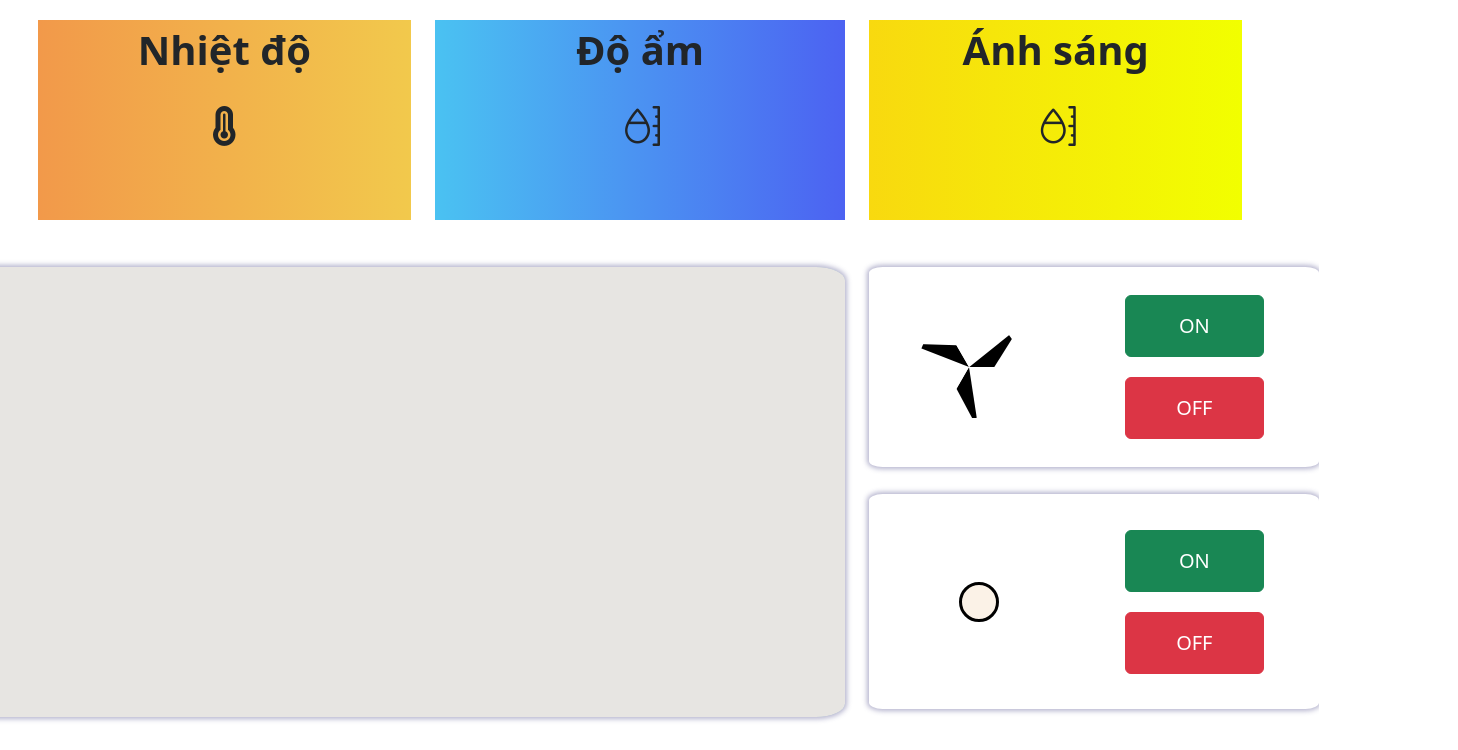
Repository: ndmq03102002/BTL_IOT
Page: Fontend_IOT/iot/index.html
An editor plug-in stored every save of this project. The page is shown before and after the next save, followed by the edit.
The browser window is 1280 px wide. The page is 1319 px wide, then 1458 px, so the pictures cover 1458 px, including what lies to the right of the window. The pictures show the whole page.
Some web libraries are served in a nearby version.

Above is the page before, as saved 2023-09-07 09:01:46.

### Fontend_IOT/iot/index.html
<!DOCTYPE html>
<html lang="en">
<head>
    <meta charset="UTF-8">
    <meta name="viewport" content="width=device-width, initial-scale=1.0">
    <title>Document</title>
    <link rel="stylesheet" href="style.css">
    <link rel="stylesheet" href="bootstrap/css/bootstrap.css">
    <link rel="stylesheet" href="assets/fonts/fontawesome/css/fontawesome-all.min.css">
    <script src="https://cdnjs.cloudflare.com/ajax/libs/Chart.js/2.9.4/Chart.js"></script>
    <script src="https://kit.fontawesome.com/1be2f108e2.js" crossorigin="anonymous"></script>
    <link rel="stylesheet" href="https://cdn.jsdelivr.net/npm/bootstrap-icons@1.10.5/font/bootstrap-icons.css">
    <link rel="stylesheet" href="https://cdnjs.cloudflare.com/ajax/libs/font-awesome/6.0.0/css/all.min.css" integrity="sha512-9usAa10IRO0HhonpyAIVpjrylPvoDwiPUiKdWk5t3PyolY1cOd4DSE0Ga+ri4AuTroPR5aQvXU9xC6qOPnzFeg==" crossorigin="anonymous" referrerpolicy="no-referrer" />

</head>
<body>
     <div  style="background-color:white;height:700px; margin-bottom: 50px;">
        <div class="row">
            <div  class="col-sm-4 col-pd"style="padding-left: 50px;" >
                <div class="khoi1 khoi-size">
                        <p >Nhiệt độ</p>
                        <p style="display: inline; " class="count1"></p>
                        <span><i class='fa-solid fa-temperature-full'></i></span>

                </div>
            </div>
            <div class="col-sm-4 col-pd">
                <div class="khoi2 khoi-size">
                    <p> Độ ẩm</p>
                    <p style="display: inline;" class="count2"></p>
                    <span> <i class="bi bi-moisture"></i></span>
                </div>
            </div>
            <div class="col-sm-4 col-pd" style="padding-right: 50px;">
                <div class="khoi3 khoi-size">
                    <p>Ánh sáng</p>
                    <p style="display: inline;" class="count3"></p>
                    <span> <i class="bi bi-moisture"></i></span>
                </div>
            </div>
            <div class="col-sm-8 " >
                <div class="khoi" style="height: 450px;width: 970px; float:right">
                    <canvas id="myChart" style="border-radius: 3%; width:100%;height: 100%;background-color: rgb(231, 229, 226);"></canvas>
                </div>
            </div>
            <div class="col-sm-4 ">
                <div class="khoi khoiii" style=" background-color: white; height: 200px; width: 450px; float: left; display: flex; justify-content: center; align-items: center;">
                    <div class="fan">
                        <div class="blade blade-1"></div>
                        <div class="blade blade-2"></div>
                        <div class="blade blade-3"></div>
                        <div class="stand"></div>
                    </div>
                    <div class="button" style="margin: auto;">
                        <button class="btn btn-success " onclick="OnFan()" style="--bs-btn-padding-y: 15px; --bs-btn-padding-x: 50px; --bs-btn-font-size: 20px; ">ON</button>
                         <button class="btn btn-danger " onclick="OffFan()" style="margin-top: 20px; --bs-btn-padding-y: 15px; --bs-btn-padding-x: 50px; --bs-btn-font-size: 20px;">OFF</button>

                    </div>

                </div>
                <div class="khoi " style="background-color: white; margin-bottom: 20px; height: 215px; width: 450px; float: left; display: flex; justify-content: center; align-items: center;">
                    <div class="light" >
                        <div class="light-bulb" > </div>
                    </div>
                    <div class="button"  style="margin: auto;">
                        <button class="btn btn-success " onclick="OnLight()" style="--bs-btn-padding-y: 15px; --bs-btn-padding-x: 50px; --bs-btn-font-size: 20px; ">ON</button>
                         <button class="btn btn-danger " onclick="OffLight()" style="margin-top: 20px; --bs-btn-padding-y: 15px; --bs-btn-padding-x: 50px; --bs-btn-font-size: 20px;">OFF</button>

                    </div>

                </div>
            </div>
        </div>
    </div>
    <p>

    <script src="https://cdn.jsdelivr.net/npm/axios/dist/axios.min.js"></script>
    <script src="js.js"></script>
    <script src="jquery.js"></script>
    <script src="popper.min.js"></script>
    <script src="bootstrap/js/bootstrap.min.js"></script>
</body>
</html>

### Fontend_IOT/iot/style.css
html {
  margin: 0;
  padding: 0;
}

.khoi {
  width: 100%;
  height: 200px;
  margin-right: 0px;
  margin-bottom: 27px;
  background-color: #9fb4d0;

  box-shadow: 0px 0px 5px 2px rgba(97, 95, 151, 0.47);
  border-radius: 3%;
}
.khoi1 {
  width: 100%;
  height: 200px;
  margin-right: 0px;
  margin-bottom: 27px;
  background: linear-gradient(to right, #f2994a, #f2c94c);
}
.khoi2 {
  width: 100%;
  height: 200px;
  margin-right: 0px;
  margin-bottom: 27px;
  background: linear-gradient(to right, #4ac2f2, #4c62f2);
}
.khoi3 {
  width: 100%;
  height: 200px;
  margin-right: 0px;
  margin-bottom: 27px;
  background: linear-gradient(to right, #f8d90f, #f2ff00);
}
.khoii {
  width: 100%;
  height: 500px;
  background-color: black;
}
.abc {
  margin-bottom: 30px;
}
.col-pd {
  padding: 20px;
}
.khoi-size {
  font-size: 40px;
  font-weight: bold;
  text-align: center;
}
.fan {
  width: 200px;
  height: 200px;
  position: relative;
}

.blade {
  width: 0;
  height: 0;
  position: absolute;
  top: 30%;
  left: 50%;
  transform-origin: 0 50%;
  background-color: #000000;
  border-radius: 50%;
}

.blade-1 {
  width: 50px;
  height: 80px;
  clip-path: polygon(0 50%, 100% 0, 50% 50%);
  transform: rotate(0deg);
  /* animation: rotateFan1 1s linear infinite; */
}

.blade-2 {
  width: 50px;
  height: 80px;
  clip-path: polygon(0 50%, 100% 0, 50% 50%);
  transform: rotate(120deg);
  /* animation: rotateFan2 1s linear infinite; */
}

.blade-3 {
  width: 50px;
  height: 80px;
  clip-path: polygon(0 50%, 100% 0, 50% 50%);
  transform: rotate(240deg);
  /* animation: rotateFan3 1s linear infinite; */
}

@keyframes rotateFan2 {
  to {
    transform: rotate(480deg);
  }
}
@keyframes rotateFan1 {
  to {
    transform: rotate(360deg);
  }
}
@keyframes rotateFan3 {
  to {
    transform: rotate(600deg);
  }
}
.button {
  display: flex;
  flex-direction: column;
  justify-content: space-between;
}
.light {
  width: 200px;
  height: 200px;
}

.light-bulb {
  width: 40px;
  height: 40px;
  background-color: rgb(251 242 231);
  border: 3px solid #000;
  border-radius: 50%;
  position: relative;
  left: 90px;
  top: 80px;
}
@keyframes bulbLight {
  to {
    border: 5px solid transparent;
    box-shadow: 0 0 30px 50px rgba(255, 255, 0, 0.912);
  }
}

### Fontend_IOT/iot/js.js
let Listbox = document.querySelectorAll(".khoi-size");
let box1 = Listbox[0];
let box2 = Listbox[1];
let box3 = Listbox[2];
// let arrayP = box.getElementsByTagName("p");
// console.log(arrayP[1].innerText);

let countTemp = document.getElementsByClassName(".count1").innerText;
let countHum = document.getElementsByClassName(".count2").innerText;
let countLight = document.getElementsByClassName(".count3").innerText;

let count = 0;

function changeTemp() {
  if (countTemp <= 10) {
    box1.style.backgroundColor = "#9fb4d0";
  } else if (countTemp <= 25) {
    box1.style.backgroundColor = "#3fc848";
  } else if (countTemp <= 35) {
    box1.style.backgroundColor = "#c8b83f";
  } else {
    box1.style.backgroundColor = "#c83f3f";
  }
  if (countTemp > 50) {
    box1.style.backgroundColor = "#fd0606";
  }
}
function changeHum() {
  if (countHum <= 10) {
    box2.style.backgroundColor = "#9fb4d0";
  } else if (countHum <= 25) {
    box2.style.backgroundColor = "#3fc848";
  } else if (countHum <= 35) {
    box2.style.backgroundColor = "#c8b83f";
  } else {
    box2.style.backgroundColor = "#c83f3f";
  }
  if (countHum > 50) {
    box2.style.backgroundColor = "#fd0606";
  }
}
function changeLight() {
  if (countLight <= 10) {
    box3.style.backgroundColor = "#9fb4d0";
  } else if (countLight <= 25) {
    box3.style.backgroundColor = "#3fc848";
  } else if (countLight <= 35) {
    box3.style.backgroundColor = "#c8b83f";
  } else {
    box3.style.backgroundColor = "#c83f3f";
  }
  if (countLight > 50) {
    box3.style.backgroundColor = "#fd0606";
  }
}
function getTempAllData() {
  fetch("http://localhost:8080/Iot/getAllData")
    .then(function (response) {
      return response.json();
    })
    .then(function (posts) {
      const temp = [];
      const hum = [];
      const light = [];
      for (let key of posts) {
        temp.push(key.temperature);
        hum.push(key.humidity);
        light.push(key.light);
      }
      // hiển thị nhiệt độ
      countTemp = document.querySelector(".count1").innerText =
        temp[temp.length - 1];
      countHum = document.querySelector(".count2").innerText =
        hum[hum.length - 1];
      countLight = document.querySelector(".count3").innerText =
        light[light.length - 1];
      console.log("hello");
      changeTemp();
      changeHum();
      changeLight();
      //hiển thị đồ thị
      const xValues = [1, 5, 10, 15, 20, 25, 30, 35, 40, 45];
      type: "line",
        new Chart("myChart", {
          type: "line",
          data: {
            labels: xValues,
            datasets: [
              {
                data: temp,
                borderColor: "red",
                fill: false,
              },
              {
                data: hum,
                borderColor: "green",
                fill: false,
              },
              {
                data: light,
                borderColor: "blue",
                fill: false,
              },
            ],
          },
          options: {
            legend: { display: false },
            scales: {
              yAxes: [
                {
                  ticks: {
                    min: 1, // Giá trị tối thiểu trên trục tung
                    max: 100, // Giá trị tối đa trên trục tung
                    stepSize: 5, // Bước giữa các giá trị
                  },
                },
              ],
            },
          },
        });
    })
    .catch(function (err) {
      console.log(err);
    });
}
function OnFan() {
  const blade1 = (document.querySelector(".blade-1").style.animation =
    "rotateFan1 1s linear infinite");
  const blade2 = (document.querySelector(".blade-2").style.animation =
    "rotateFan2 1s linear infinite");
  const blade3 = (document.querySelector(".blade-3").style.animation =
    "rotateFan3 1s linear infinite");
}
function OffFan() {
  const blade1 = document
    .querySelector(".blade-1")
    .style.removeProperty("animation");
  const blade2 = document
    .querySelector(".blade-2")
    .style.removeProperty("animation");
  const blade3 = document
    .querySelector(".blade-3")
    .style.removeProperty("animation");
}
function OnLight() {
  const light = (document.querySelector(".light-bulb").style.animation =
    "bulbLight 1s linear forwards");
}
function OffLight() {
  const light = document
    .querySelector(".light-bulb")
    .style.removeProperty("animation");
}

Loaded but not shown: Fontend_IOT/iot/bootstrap/css/bootstrap.css (library); Fontend_IOT/iot/jquery.js (library); Fontend_IOT/iot/popper.min.js (library); Fontend_IOT/iot/bootstrap/js/bootstrap.min.js (library)

After the next save:
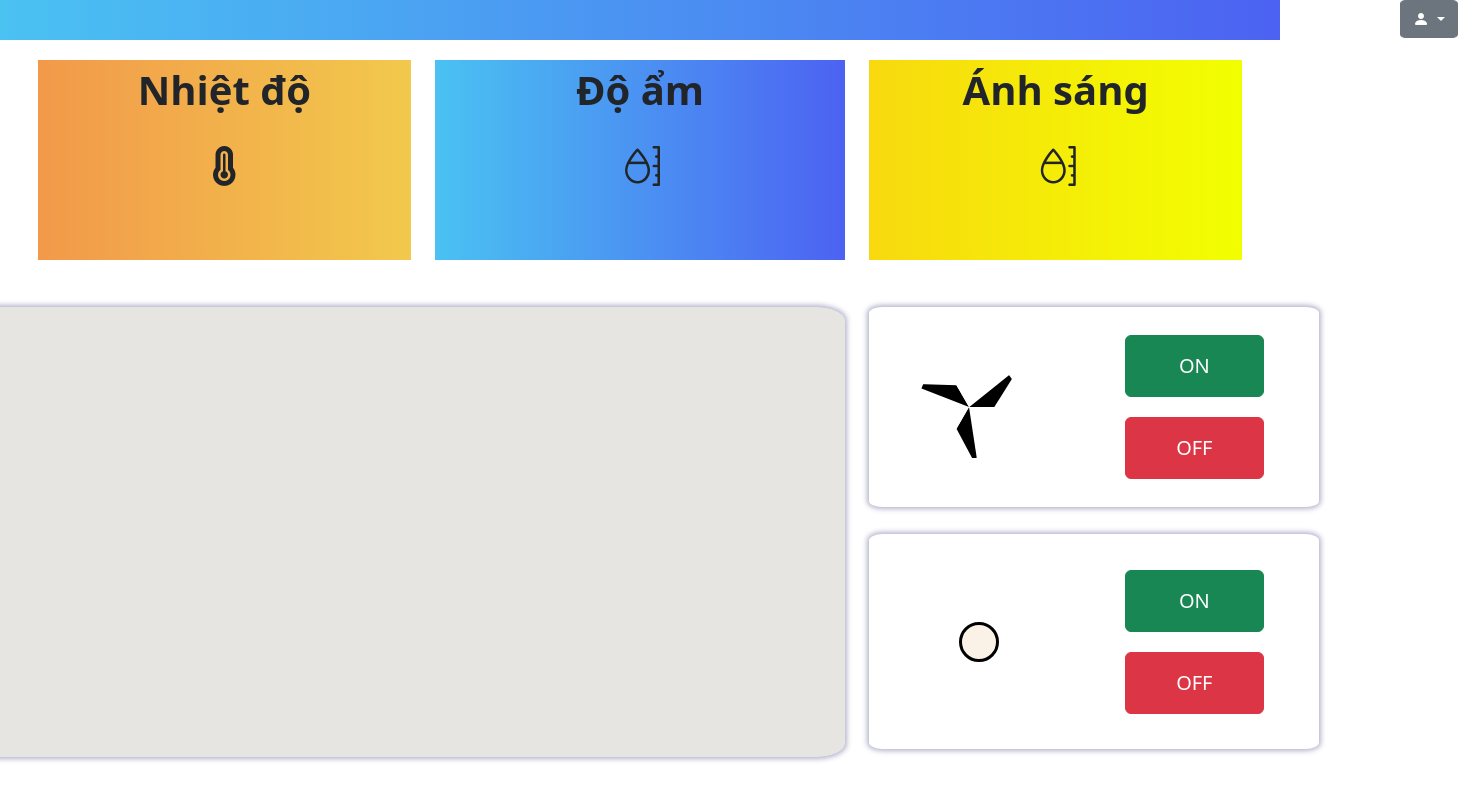
Saved 14 min 4 s later.
--- a/Fontend_IOT/iot/index.html
+++ b/Fontend_IOT/iot/index.html
@@ -13,6 +13,20 @@
     <link rel="stylesheet" href="https://cdnjs.cloudflare.com/ajax/libs/font-awesome/6.0.0/css/all.min.css" integrity="sha512-9usAa10IRO0HhonpyAIVpjrylPvoDwiPUiKdWk5t3PyolY1cOd4DSE0Ga+ri4AuTroPR5aQvXU9xC6qOPnzFeg==" crossorigin="anonymous" referrerpolicy="no-referrer" />
 
 </head>
+<header style="width: 100%; height: 40px; margin :auto;background: linear-gradient(to right, #4ac2f2, #4c62f2)">
+    <div class="col-sm-12">
+        <div class="btn-group " style=" margin-left: 1300px;  ">
+            <a class="btn btn-secondary dropdown-toggle" style="border-radius: 10%;display: block; margin-left: 100px;" href="#" role="button" data-bs-toggle="dropdown" aria-expanded="false">
+                <i class="bi bi-person-fill"></i>
+              </a>
+            <ul class="dropdown-menu">
+                <li><a href="javascript:" class="dropdown-item"><i class="bi bi-person"></i> MSV: B20DCCN567</a></li>
+                <li><a href="javascript:" class="dropdown-item"><i class="bi bi-phone"></i> Phone: 0961264306</a></li>
+                <li><a href="message.html" class="dropdown-item"><i class="bi bi-envelope"></i> Email: Nguyendinhmanhquynh@gmail.com</a></li>
+
+            </ul>
+          </div>
+</header>
 <body>
      <div  style="background-color:white;height:700px; margin-bottom: 50px;">
         <div class="row">
@@ -76,8 +90,6 @@
 
     <script src="https://cdn.jsdelivr.net/npm/axios/dist/axios.min.js"></script>
     <script src="js.js"></script>
-    <script src="jquery.js"></script>
-    <script src="popper.min.js"></script>
     <script src="bootstrap/js/bootstrap.min.js"></script>
 </body>
 </html>
